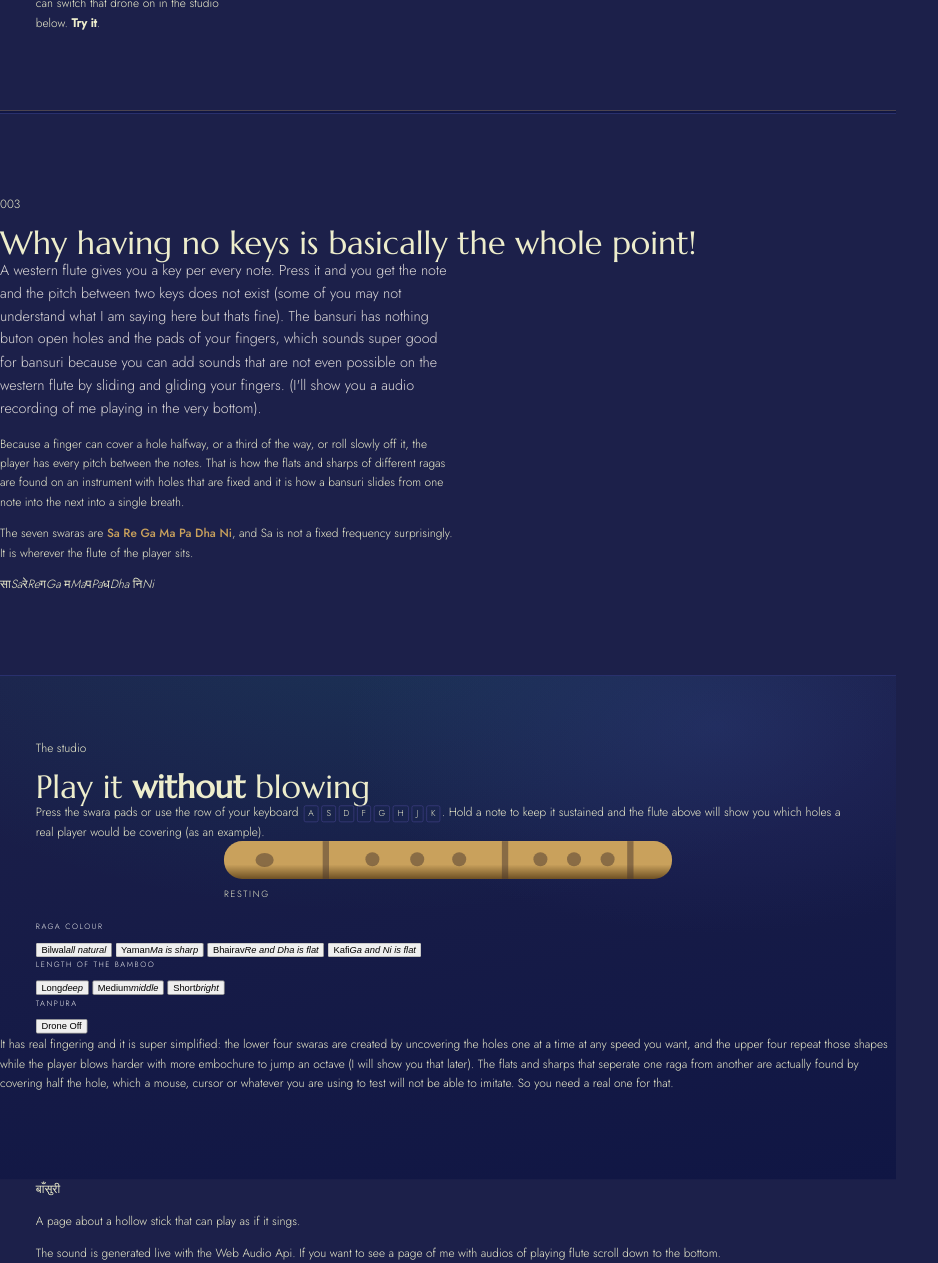
Repository: manayparikh1/Bansi
Page: index.html
An editor plug-in stored every save of this project. The page is shown before and after the next save, followed by the edit.
The browser window is 1280 px wide. The page is 1340 px wide, so the pictures cover 1340 px, including what lies to the right of the window. The pictures show the part of the page from y = 4081 to 5921 px (the page is 5885 px tall before and 5921 px after), at 70% of full size.

Above is the page before, as saved 2026-09-22 06:55:29.

After the next save:
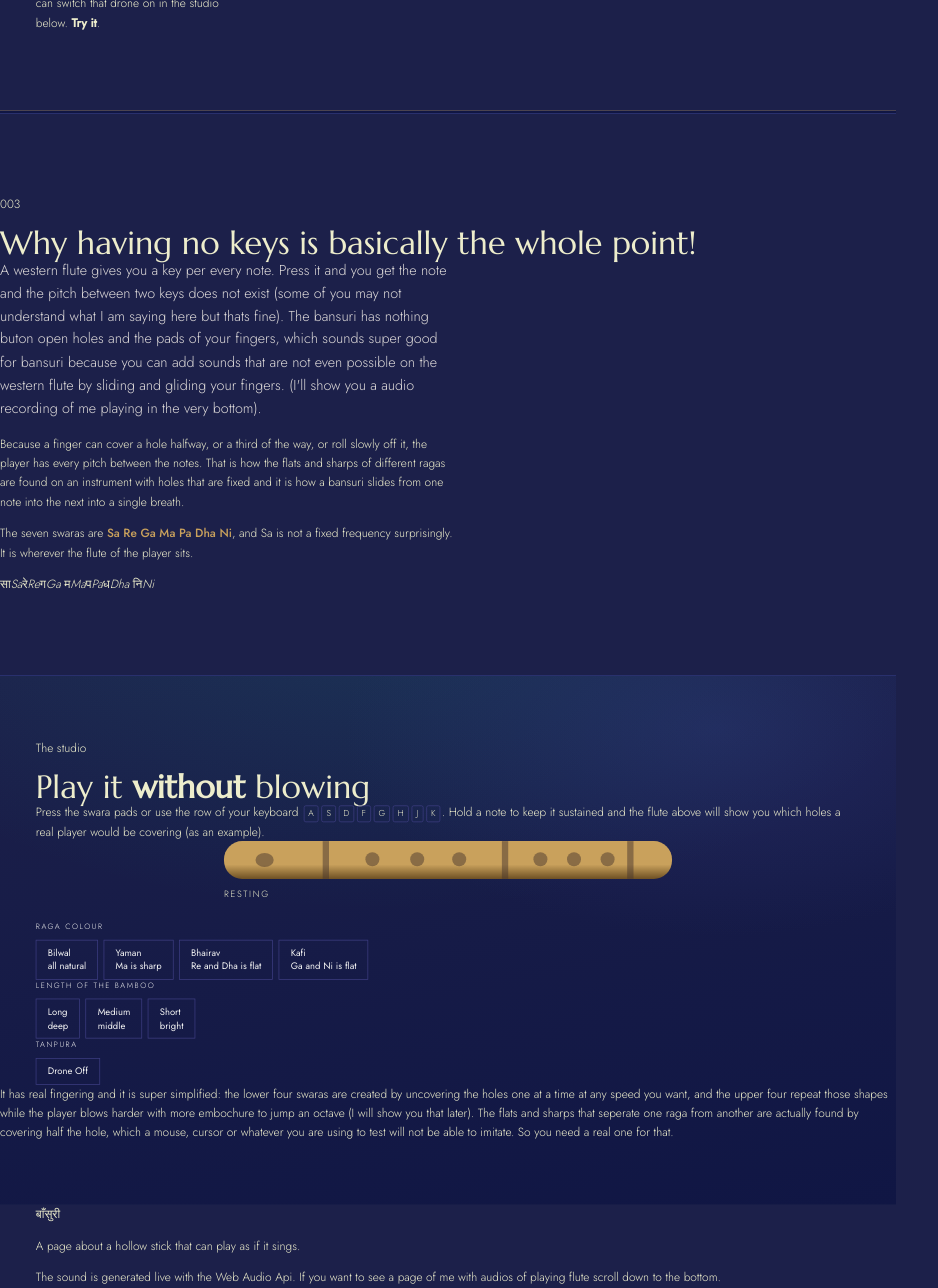
Saved 6 min 42 s later.
--- a/style.css
+++ b/style.css
@@ -499,7 +499,7 @@ kbd {
     letter-spacing: 0.18em;
     text-transform: uppercase;
 
-    instrument.sounding .breath {
+    .instrument.sounding .breath {
         color: var(orange);
     }
 }
@@ -522,3 +522,32 @@ kbd {
     color: var(--muted);
     margin-bottom: 10px;
 }
+
+.thechips {
+    display: flex;
+    flex-wrap: wrap;
+    gap: 8px;
+}
+
+.chip {
+    font-size: 13.5px;
+    font-family: 'Jost', sans-serif;
+    color: var(--muted);
+    background: none;
+    border: 1px solid #3e3e83;
+    padding: 9px 16px;
+    cursor: pointer;
+    text-align: left;
+    line-height: 1.3;
+}
+
+.chip i {
+    display: block;
+    font-style: Normal;
+    color: var(--muted);
+    margin-top: 2px;
+}
+
+.chip:hover {
+    border-color: var(--bamboo);
+}
